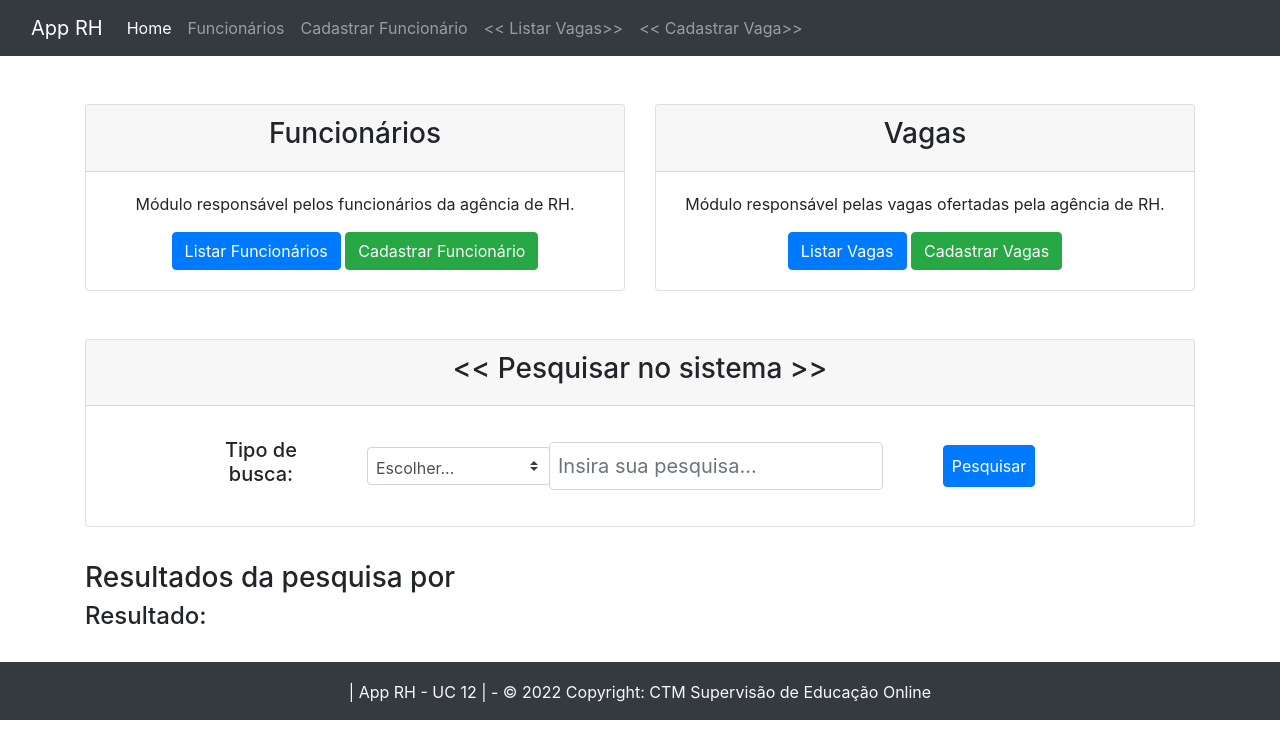
Repository: FilosoDev/SPRING-BOOT-testes
Page: http://localhost/index
An editor plug-in stored every save of this project. The page is shown before and after the next save, followed by the edit.
The browser window is 1280 px wide. The pictures show the whole page.
The page is this project's Thymeleaf template; nobody is signed in. The template is opened directly, without the code that normally fills it, so the values that code supplies are empty.

Above is the page before, as saved 2021-11-23 18:00:39.
Console error: TypeError: Cannot read properties of undefined (reading 'fn')

### AppRH/AppRH/src/main/resources/templates/index.html
<!DOCTYPE html>
<html lang=”pt-br” xmlns:th="http://thymeleaf.org"
	xmlns:layout="http://www.ultraq.net.nz/thymeleaf/layout">

<head>

<meta charset="utf-8">
<meta http-equiv="X-UA-Compatible" content="IE=edge">
<meta name="viewport" content="width=device-width, initial-scale=1">

<title>| App RH - UC 12 |</title>

<!-- Bootstrap -->
<link href="bootstrap/css/bootstrap.min.css" rel="stylesheet">

<!-- HTML5 shim e Respond.js para suporte no IE8 de elementos HTML5 e media queries -->
<!-- ALERTA: Respond.js não funciona se você visualizar uma página file:// -->
<!--[if lt IE 9]>
      <script src="https://oss.maxcdn.com/html5shiv/3.7.3/html5shiv.min.js"></script>
      <script src="https://oss.maxcdn.com/respond/1.4.2/respond.min.js"></script>
    <![endif]-->

</head>

<body>

	<header>

		<nav class="navbar navbar-expand-lg navbar-dark bg-dark">
			<div class="container-fluid">
				<a class="navbar-brand" href="/">App RH</a>
				<button class="navbar-toggler" type="button"
					data-bs-toggle="collapse" data-bs-target="#navbarNav"
					aria-controls="navbarNav" aria-expanded="false"
					aria-label="Toggle navigation">
					<span class="navbar-toggler-icon"></span>
				</button>
				<div class="collapse navbar-collapse" id="navbarNav">
					<ul class="navbar-nav">
						<li class="nav-item"><a class="nav-link active"
							aria-current="page" href="/">Home</a></li>
						<li class="nav-item"><a class="nav-link" href="/funcionarios">Funcionários</a></li>
						<li class="nav-item"><a class="nav-link"
							href="/cadastrarFuncionario">Cadastrar Funcionário</a></li>
						<li class="nav-item"><a class="nav-link" href="/vagas">
								<< Listar Vagas>> </a></li>
						<li class="nav-item"><a class="nav-link"
							href="/cadastrarVaga"> << Cadastrar Vaga>> </a></li>
					</ul>
				</div>
			</div>
		</nav>

	</header>

	<div class="container">
		<br> <br>

		<div class="row">
			<div class="col">
				<div class="card text-center">
					<div class="card-header card-title">
						<h3>Funcionários</h3>
					</div>
					<div class="card-body">

						<p class="card-text">Módulo responsável pelos funcionários da
							agência de RH.</p>
						<a href="/funcionarios" class="btn btn-primary">Listar
							Funcionários</a> <a href="/cadastrarFuncionario"
							class="btn btn-success">Cadastrar Funcionário</a>
					</div>
				</div>
			</div>
			<div class="col">
				<div class="card text-center">
					<div class="card-header  card-title">
						<h3>Vagas</h3>
					</div>
					<div class="card-body">
						<p class="card-text">Módulo responsável pelas vagas ofertadas
							pela agência de RH.</p>
						<a href="/vagas" class="btn btn-primary">Listar Vagas</a> <a
							href="/cadastrarVaga" class="btn btn-success">Cadastrar Vagas</a>
					</div>
				</div>
			</div>


		</div>
		<div class="row">
			<div class="col">
				<br> <br>
				<div class="card text-center card w-100">
					<div class="card-header">
						<h3><< Pesquisar no sistema >></h3>
					</div>



					<form class="form-inline" method="post">


						<div class="row form-group justify-content-center w-100 p-2">


							<div class="col col-14 col-md-2">

								<label for="cars" class="my-3 p-2"><h5>Tipo de
										busca:</h5></label>
							</div>

							<div class="col col-14 col-md-2">


								<select name="busca" id="busca" class="custom-select my-3 p-2">
									<option selected>Escolher...</option>
									<option value="nomefuncionario">Nome do Funcionário</option>
									<option value="nomedependente">Nome do Dependente</option>
									<option value="nomecandidato">Nome do Candidato</option>
									<option value="titulovaga">Nome da Vaga</option>
								</select>


						</div>

							<div class="col col-14 col-md-4">

								<input
									class="form-control form-control-lg my-3 p-2 w-100"
									type="search" placeholder="Insira sua pesquisa..."
									aria-label="Pesquisar" name="nome">

							</div>

							<div class="col col-14 col-md-2">

								<button class="btn btn-primary my-3 p-2" type="submit">Pesquisar</button>

							</div>
						</div>

					</form>
				</div>
			</div>
			<br>
			<div class="container">
				<h3>
				<br>
					Resultados da pesquisa por <i> <span th:text="${busca}"></span>
					</i>
				</h3>
				<h4>
					Resultado: <span th:text="${contador}"></span>
				</h4>

				<div th:each="lstdependente : ${lista}">
					<span th:text="${lstdependente.nome}"></span> <br>

				</div>


				<div th:each="funcionario : ${funcionario}">
					<div class="row">
						<p>
							<span th:text="${funcionario.id}"></span>
						</p>
						<p>
							<span th:text="${funcionario.nome}"></span>
						</p>
						<p>
							<span th:text="${funcionario.data}"></span>
						</p>
						<p>
							<span th:text="${funcionario.email}"></span>
						</p>
					</div>
				</div>

				<div th:each="dependente : ${dependentes}">
					<span th:text="${dependente.cpf}"></span> <span
						th:text="${dependente.nome}"></span> <span
						th:text="${dependente.datanascimento}"></span> <br>
				</div>



			</div>



		</div>





		<div style="height: 100px;"></div>

		<div class="footer-copyright fixed-bottom bg-dark text-center py-3">
			<span class="text-light align-middle">| App RH - UC 12 | - ©
				2022 Copyright: CTM Supervisão de Educação Online</span>
		</div>

		<!--JavaScript bootstrap-->
		<script type="text/javascript" src="bootstrap/js/bootstrap.js"></script>
		<script
			src="https://cdn.jsdelivr.net/npm/bootstrap@5.1.3/dist/js/bootstrap.bundle.min.js"
			integrity="sha384-ka7Sk0Gln4gmtz2MlQnikT1wXgYsOg+OMhuP+IlRH9sENBO0LRn5q+8nbTov4+1p"
			crossorigin="anonymous">
	</script>
</body>

</html>

Loaded but not shown: AppRH/AppRH/src/main/resources/static/bootstrap/css/bootstrap.min.css (library); AppRH/AppRH/src/main/resources/static/bootstrap/js/bootstrap.js (library)

After the next save:
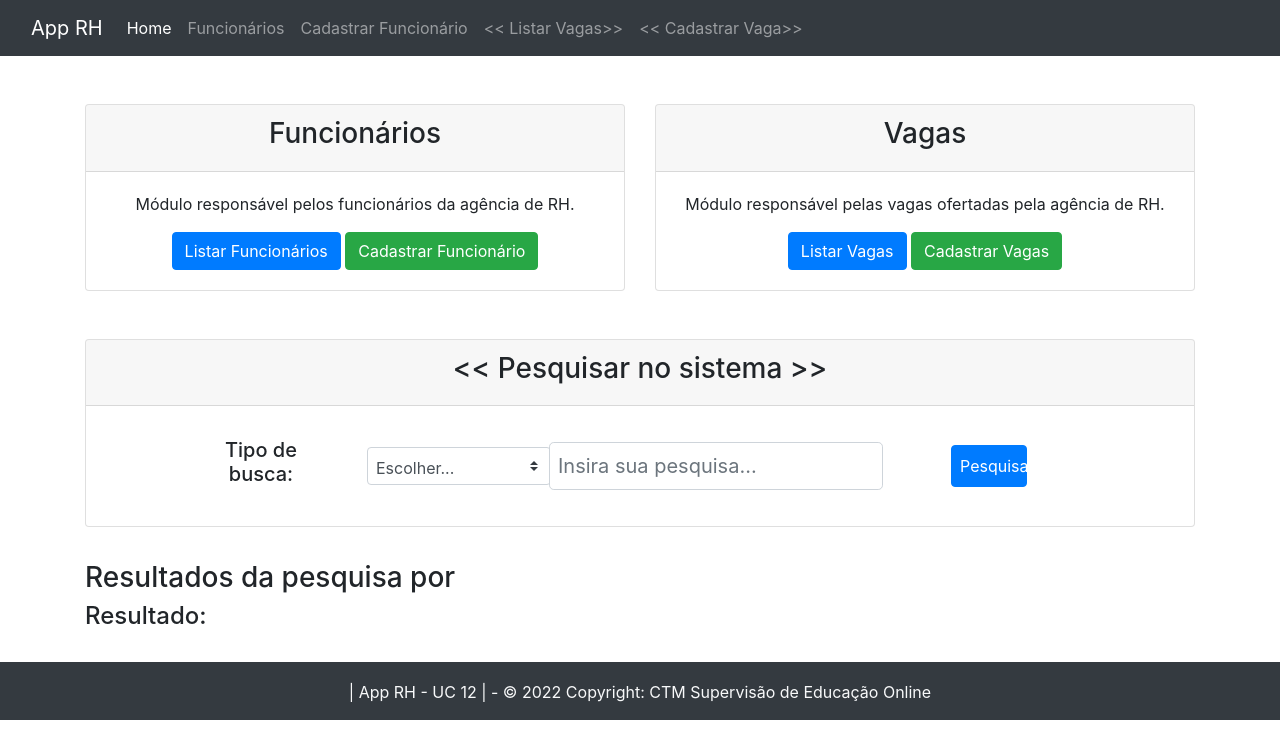
Saved 21 s later.
--- a/AppRH/AppRH/src/main/resources/templates/index.html
+++ b/AppRH/AppRH/src/main/resources/templates/index.html
@@ -135,7 +135,7 @@
 
 							<div class="col col-14 col-md-2">
 
-								<button class="btn btn-primary my-3 p-2" type="submit">Pesquisar</button>
+								<button class="btn btn-primary my-3 p-2 w-50" type="submit">Pesquisar</button>
 
 							</div>
 						</div>
